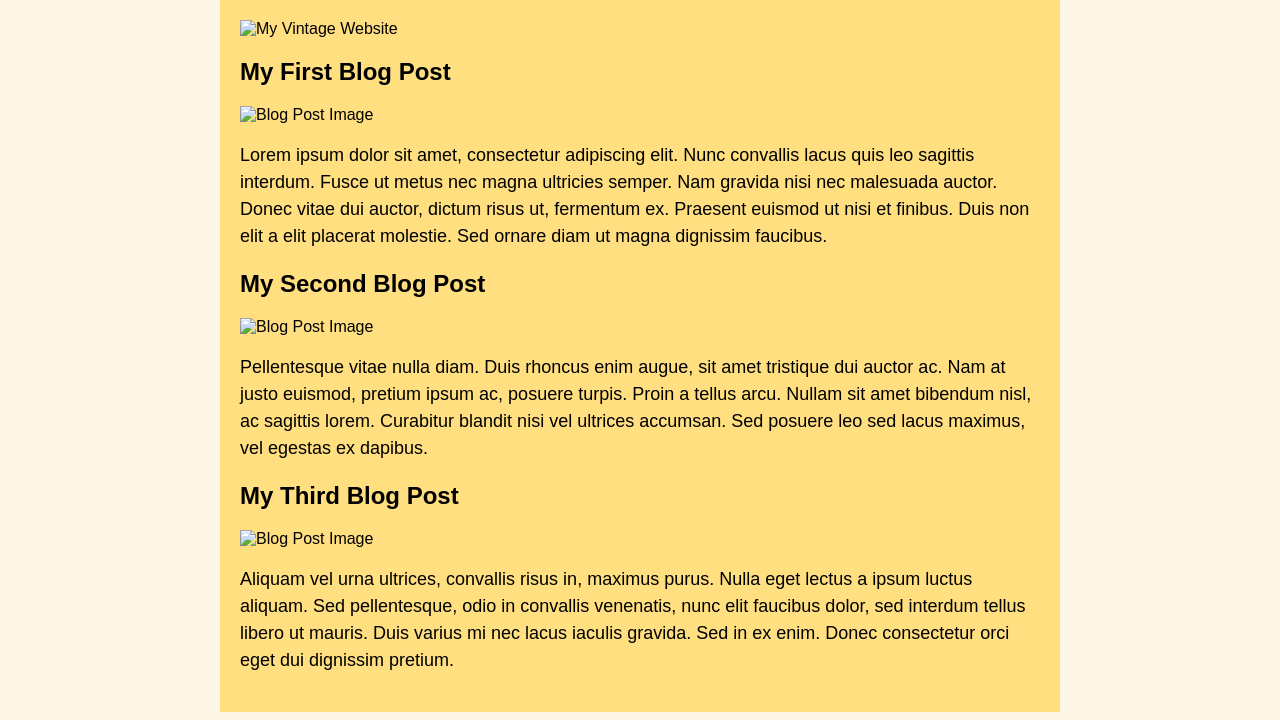
Repository: RennarDeer/RenDev
Page: index.html
The author's editor kept a copy of each file at every save. The page is drawn from the files as they stood at one save, then again after the next save.
The browser window is 1280 px wide. The pictures show the whole page.

Above is the page before, as saved 2023-02-14 19:31:06.
Not found: placeholder-image.jpg

### index.html
<!DOCTYPE html>
<html>
<head>
	<title>My Vintage Website</title>
	<link rel="stylesheet" type="text/css" href="style.css">
</head>
<body>
	<div id="container">
		<img src="placeholder-image.jpg" alt="My Vintage Website" class="logo">
		<div id="content">
			<div class="blog-post">
				<h2>My First Blog Post</h2>
				<img src="placeholder-image.jpg" alt="Blog Post Image">
				<p>Lorem ipsum dolor sit amet, consectetur adipiscing elit. Nunc convallis lacus quis leo sagittis interdum. Fusce ut metus nec magna ultricies semper. Nam gravida nisi nec malesuada auctor. Donec vitae dui auctor, dictum risus ut, fermentum ex. Praesent euismod ut nisi et finibus. Duis non elit a elit placerat molestie. Sed ornare diam ut magna dignissim faucibus.</p>
			</div>
			<div class="blog-post">
				<h2>My Second Blog Post</h2>
				<img src="placeholder-image.jpg" alt="Blog Post Image">
				<p>Pellentesque vitae nulla diam. Duis rhoncus enim augue, sit amet tristique dui auctor ac. Nam at justo euismod, pretium ipsum ac, posuere turpis. Proin a tellus arcu. Nullam sit amet bibendum nisl, ac sagittis lorem. Curabitur blandit nisi vel ultrices accumsan. Sed posuere leo sed lacus maximus, vel egestas ex dapibus.</p>
			</div>
			<div class="blog-post">
				<h2>My Third Blog Post</h2>
				<img src="placeholder-image.jpg" alt="Blog Post Image">
				<p>Aliquam vel urna ultrices, convallis risus in, maximus purus. Nulla eget lectus a ipsum luctus aliquam. Sed pellentesque, odio in convallis venenatis, nunc elit faucibus dolor, sed interdum tellus libero ut mauris. Duis varius mi nec lacus iaculis gravida. Sed in ex enim. Donec consectetur orci eget dui dignissim pretium. </p>
			</div>
		</div>
	</div>
</body>
</html>

### style.css
body {
	background-color: #fef5e7;
	font-family: Arial, sans-serif;
	margin: 0;
	padding: 0;
}

#container {
	margin: 0 auto;
	max-width: 800px;
	padding: 20px;
	background-color: #ffdf80;
}

#content {
	margin-top: 20px;
}

h1 {
	font-size: 36px;
	color: #e91e63;
	margin: 0;
}

p {
	font-size: 18px;
	line-height: 1.5;
}

.image-gallery {
	display: flex;
	flex-wrap: wrap;
	justify-content: center;
	margin-top: 20px;
}

.image-gallery img {
	margin: 10px;
	max-width: 300px;
	height: auto;
	border: 2px solid #e91e63;
}

After the next save:
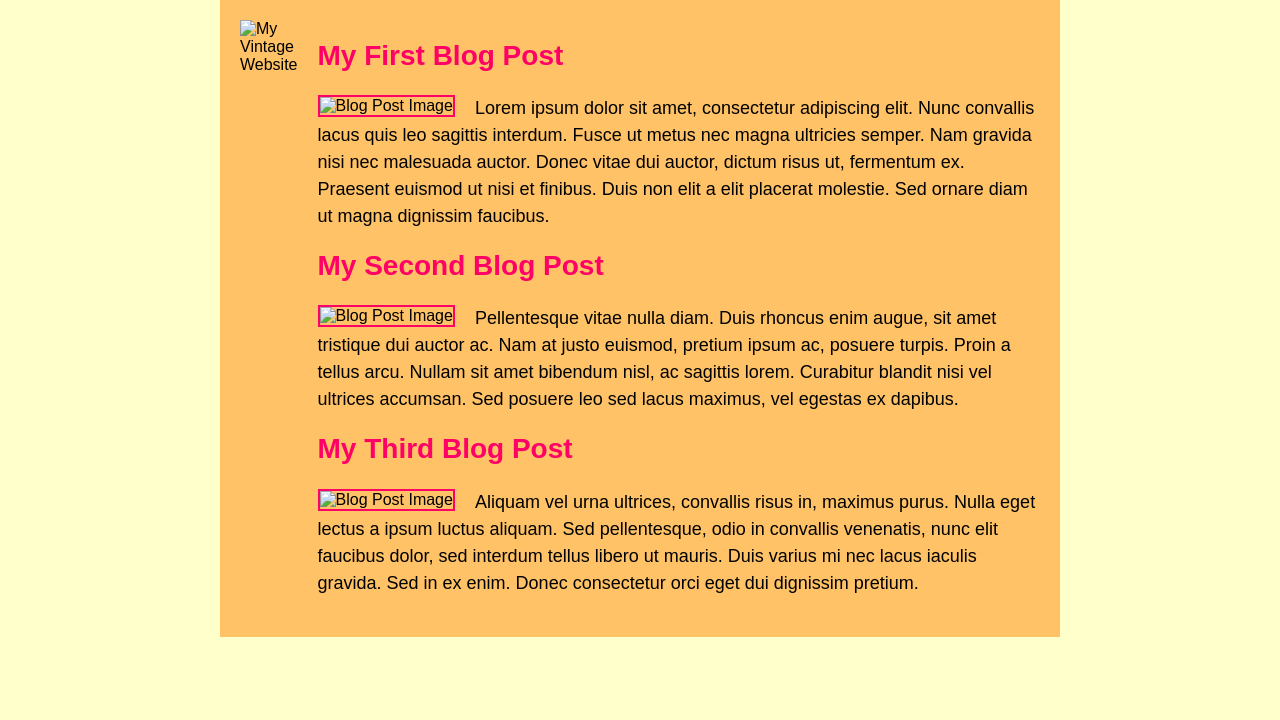
Saved 2 s later.
--- a/style.css
+++ b/style.css
@@ -1,5 +1,5 @@
 body {
-	background-color: #fef5e7;
+	background-color: #ffffcc;
 	font-family: Arial, sans-serif;
 	margin: 0;
 	padding: 0;
@@ -9,17 +9,24 @@ body {
 	margin: 0 auto;
 	max-width: 800px;
 	padding: 20px;
-	background-color: #ffdf80;
+	background-color: #ffc266;
+	display: flex;
+}
+
+.logo {
+	width: 150px;
+	height: auto;
+	margin-right: 20px;
 }
 
 #content {
 	margin-top: 20px;
 }
 
-h1 {
-	font-size: 36px;
-	color: #e91e63;
-	margin: 0;
+h2 {
+	font-size: 28px;
+	color: #ff0066;
+	margin-top: 0;
 }
 
 p {
@@ -27,16 +34,14 @@ p {
 	line-height: 1.5;
 }
 
-.image-gallery {
-	display: flex;
-	flex-wrap: wrap;
-	justify-content: center;
-	margin-top: 20px;
+.blog-post {
+	margin-bottom: 20px;
 }
 
-.image-gallery img {
-	margin: 10px;
+.blog-post img {
+	margin-right: 20px;
 	max-width: 300px;
 	height: auto;
-	border: 2px solid #e91e63;
+	float: left;
+	border: 2px solid #ff0066;
 }
